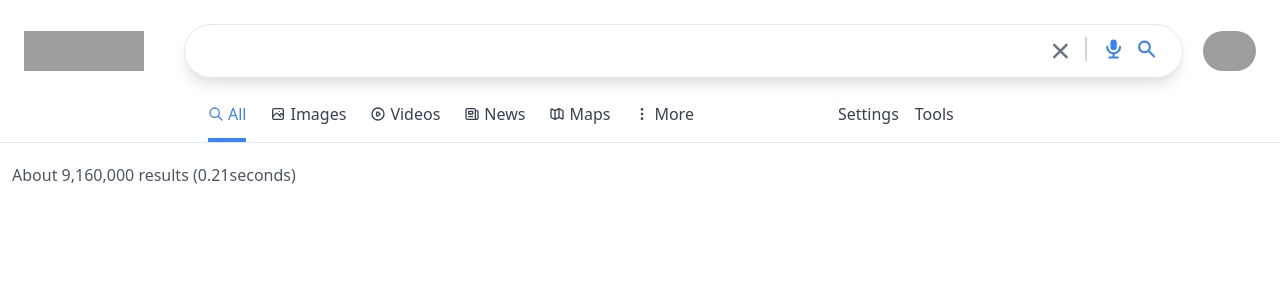
Repository: DecentraMindsCoin/google-search-clone
Page: /search
The author's editor kept a copy of each file at every save. The page is drawn from the files as they stood at one save, then again after a run of saves.
The browser window is 1280 px wide. The pictures show the whole page.
Pictures or frames that could not be fetched are drawn as grey boxes. The project was rebuilt for these pictures with package versions that can differ from the ones it lists, and the page was loaded fresh each time. The framework's server and built-in components were replaced by stand-ins that run in the browser. Also part of the build but not shown: next.config.js, Response.js.

Above is the page before, as saved 2021-05-17 17:37:05.

After the next 3 saves:
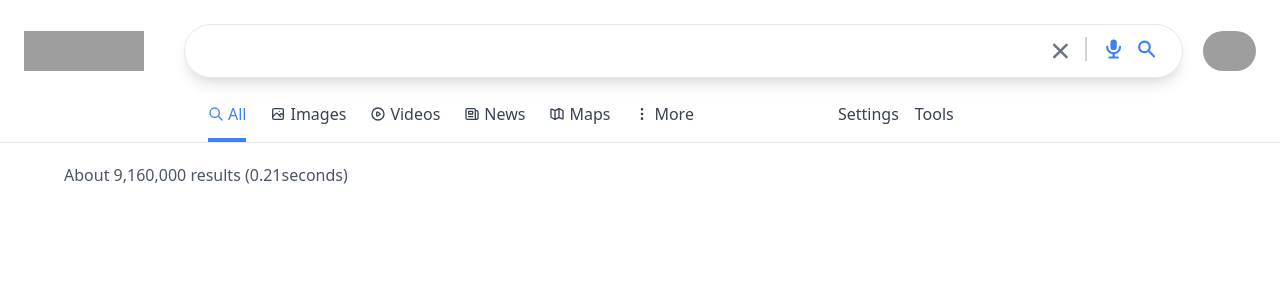
The 3 saves are shown as one change because they came seconds apart.
The last was saved 9 s later.
--- a/components/SearchResults.js
+++ b/components/SearchResults.js
@@ -1,6 +1,6 @@
 function SearchResults({ results}) {
     return (
-        <div className="mx-auto w-full px-3 sm:pl-[">
+        <div className="mx-auto w-full px-3 sm:pl-[5%]">
             <p className="text-gray-600 text-md mb-5 mt-5">About {results.searchInformation?.formattedTotalResults} results ({results.searchInformation?.formattedSearchTime}seconds) </p>
         </div>
     )
